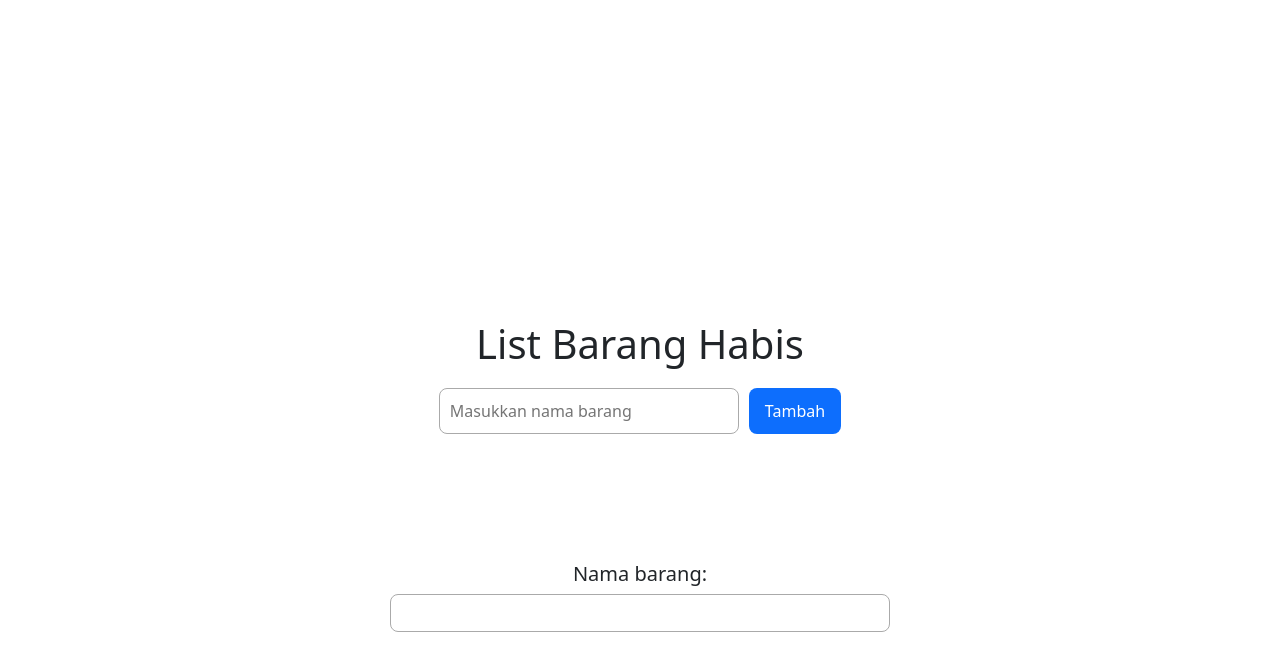
Repository: amorysdeo/dirumah
Page: index.html
These files come from the project's save history. The page is drawn as it stood at one moment and after the next save; the edit follows.
The browser window is 1280 px wide. The pictures show the whole page.

Above is the page before, as saved 2025-11-27 12:05:35.

After the next save:
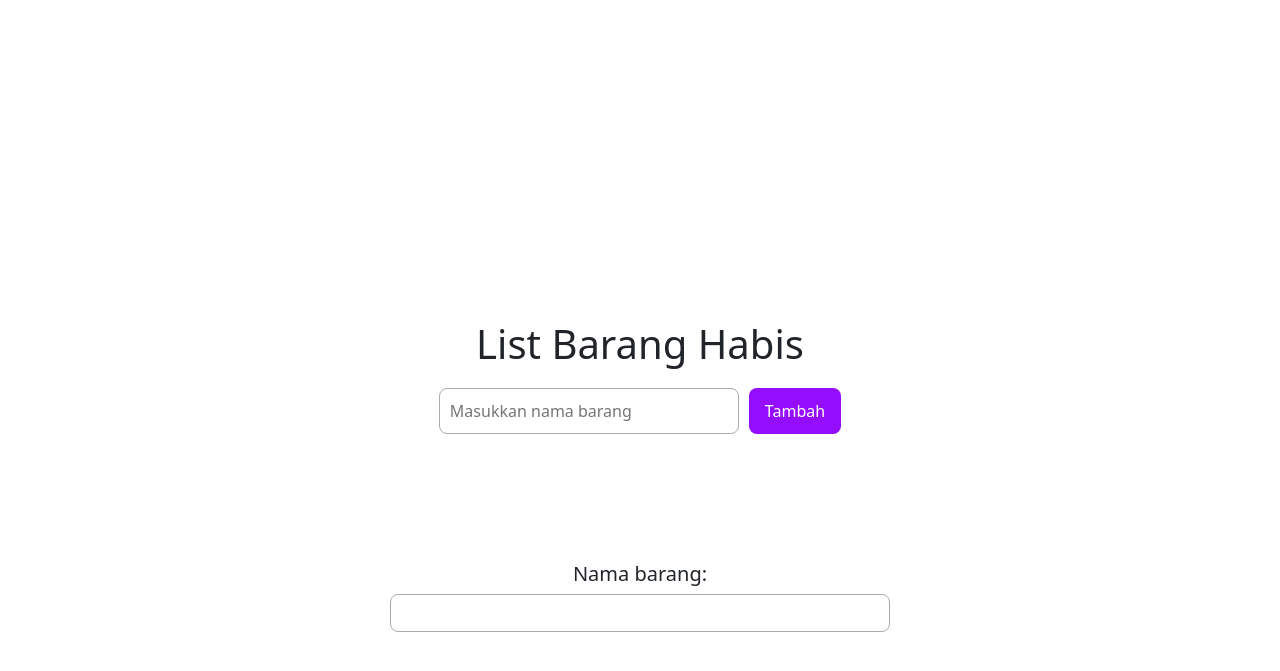
Saved 24 s later.
--- a/css.css
+++ b/css.css
@@ -46,7 +46,7 @@ body {
     padding: 10px 16px;
     border-radius: 8px;
     border: none;
-    background-color: #0d6efd;
+    background-color: #950dfd;
     color: white;
     font-size: 16px;
     cursor: pointer;
